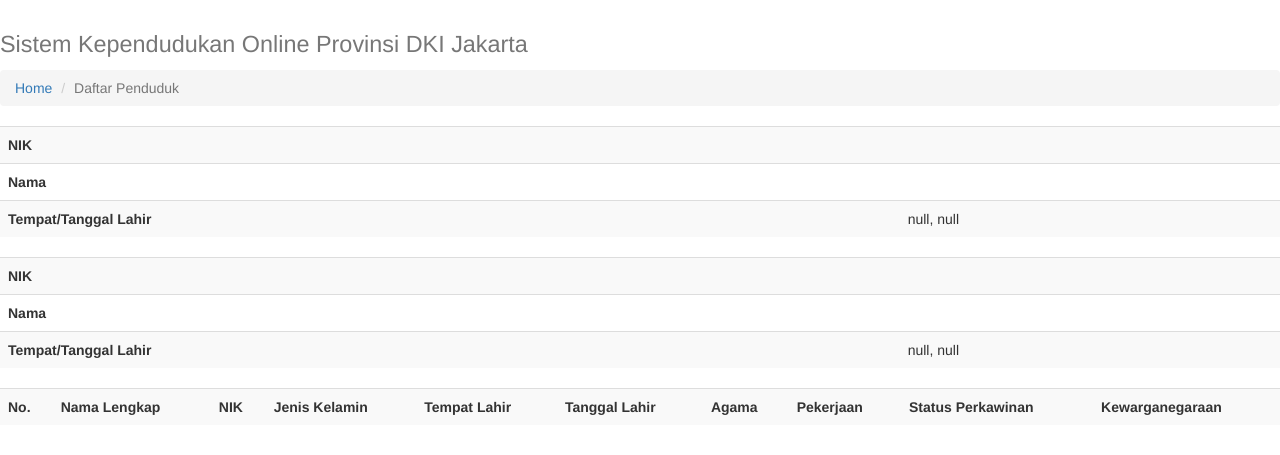
Repository: apap-2017/tugas1_1406544135
Page: http://localhost/list-penduduk
These files come from the project's save history. The page is drawn as it stood at one moment and after the next save; the edit follows.
The browser window is 1280 px wide. The pictures show the whole page.
The page is this project's Thymeleaf template; nobody is signed in. The template is opened directly, without the code that normally fills it, so the values that code supplies are empty.

Above is the page before, as saved 2017-10-20 05:38:39.

### Tugas1_1406544135/src/main/resources/templates/list-penduduk.html
<!DOCTYPE html>
<html xmlns:th="http://www.thymeleaf.org">
   <head>
      <title>Siduk DKI</title>
        <link href="../../static/css/bootstrap.min.css" rel="stylesheet" th:href="@{/css/bootstrap.min.css}" />
    </head>

    <body>
	    <section class="content-header">
			<h1>
				<small>Sistem Kependudukan Online Provinsi DKI Jakarta</small>
			</h1>
			<ol class="breadcrumb">
				<li><a th:href="@{/}">Home</a></li>
				<li class="active">Daftar Penduduk</li>
			</ol>
		</section>

		<table class="table table-striped">
			<tbody>
				<tr>
			   		<td><strong>NIK</strong></td>
				    <td th:text="${pendudukTertua.nik} "></td>
				 </tr>

				 <tr>
			   		<td><strong>Nama</strong></td>
					<td th:text="${pendudukTertua.nama} "></td>
				 </tr>

				<tr>
			   		<td><strong>Tempat/Tanggal Lahir</strong></td>
					<td th:text="${pendudukTertua.tempat_lahir} +', ' + ${pendudukTertua.tanggal_lahir} "></td>
				 </tr>
			</tbody>
		</table>

		<table class="table table-striped">
			<tbody>
				<tr>
			   		<td><strong>NIK</strong></td>
				    <td th:text="${pendudukTermuda.nik} "></td>
				 </tr>

				 <tr>
			   		<td><strong>Nama</strong></td>
					<td th:text="${pendudukTermuda.nama} "></td>
				 </tr>

				<tr>
			   		<td><strong>Tempat/Tanggal Lahir</strong></td>
					<td th:text="${pendudukTermuda.tempat_lahir} +', ' + ${pendudukTermuda.tanggal_lahir} "></td>
				 </tr>
			</tbody>
		</table>

		<table class="table table-striped">
				<tbody>
						<tr>
							<td><strong>No.</strong></td>
							<td><strong>Nama Lengkap</strong></td>
							<td><strong>NIK</strong></td>
							<td><strong>Jenis Kelamin</strong></td>
							<td><strong>Tempat Lahir</strong></td>
							<td><strong>Tanggal Lahir</strong></td>
							<td><strong> Agama </strong></td>
							<td><strong> Pekerjaan </strong></td>
							<td><strong> Status Perkawinan </strong></td>
							<td><strong> Kewarganegaraan </strong></td>
						</tr>
					<div th:each="detailAnggota, iterationStatus: ${listPenduduk}">
						<tr>
							<td th:text="${iterationStatus.count}"></td>
							<td th:text="${detailAnggota.nama}"></td>
							<td th:text="${detailAnggota.nik}"></td>
							<td th:text="${detailAnggota.jenis_kelamin}"></td>
							<td th:text="${detailAnggota.tempat_lahir}"></td>
							<td th:text="${detailAnggota.tanggal_lahir}"></td>
							<td th:text="${detailAnggota.agama}"></td>
							<td th:text="${detailAnggota.pekerjaan}"></td>
							<td th:text="${detailAnggota.status_perkawinan}"></td>
							<td th:text="${detailAnggota.is_wni}"></td>
						</tr>
					</div>
				</tbody>
		</table>
    </body>
</html>

Loaded but not shown: Tugas1_1406544135/src/main/resources/static/css/bootstrap.min.css (library)

After the next save:
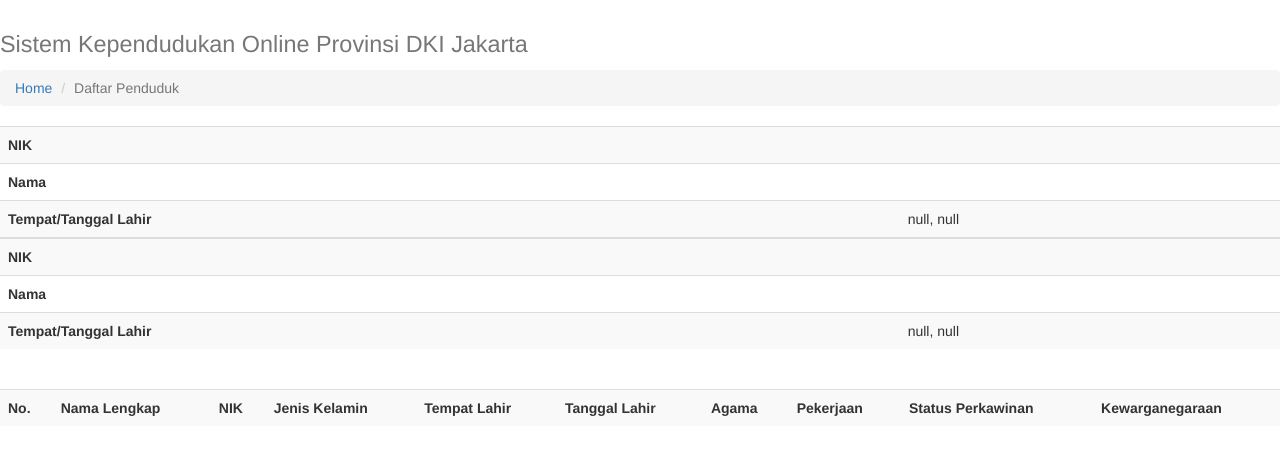
Saved 61 s later.
--- a/Tugas1_1406544135/src/main/resources/templates/list-penduduk.html
+++ b/Tugas1_1406544135/src/main/resources/templates/list-penduduk.html
@@ -33,10 +33,8 @@
 					<td th:text="${pendudukTertua.tempat_lahir} +', ' + ${pendudukTertua.tanggal_lahir} "></td>
 				 </tr>
 			</tbody>
-		</table>
 
-		<table class="table table-striped">
-			<tbody>
+				<tbody>
 				<tr>
 			   		<td><strong>NIK</strong></td>
 				    <td th:text="${pendudukTermuda.nik} "></td>
@@ -52,6 +50,10 @@
 					<td th:text="${pendudukTermuda.tempat_lahir} +', ' + ${pendudukTermuda.tanggal_lahir} "></td>
 				 </tr>
 			</tbody>
+		</table>
+
+		<table class="table table-striped">
+
 		</table>
 
 		<table class="table table-striped">
